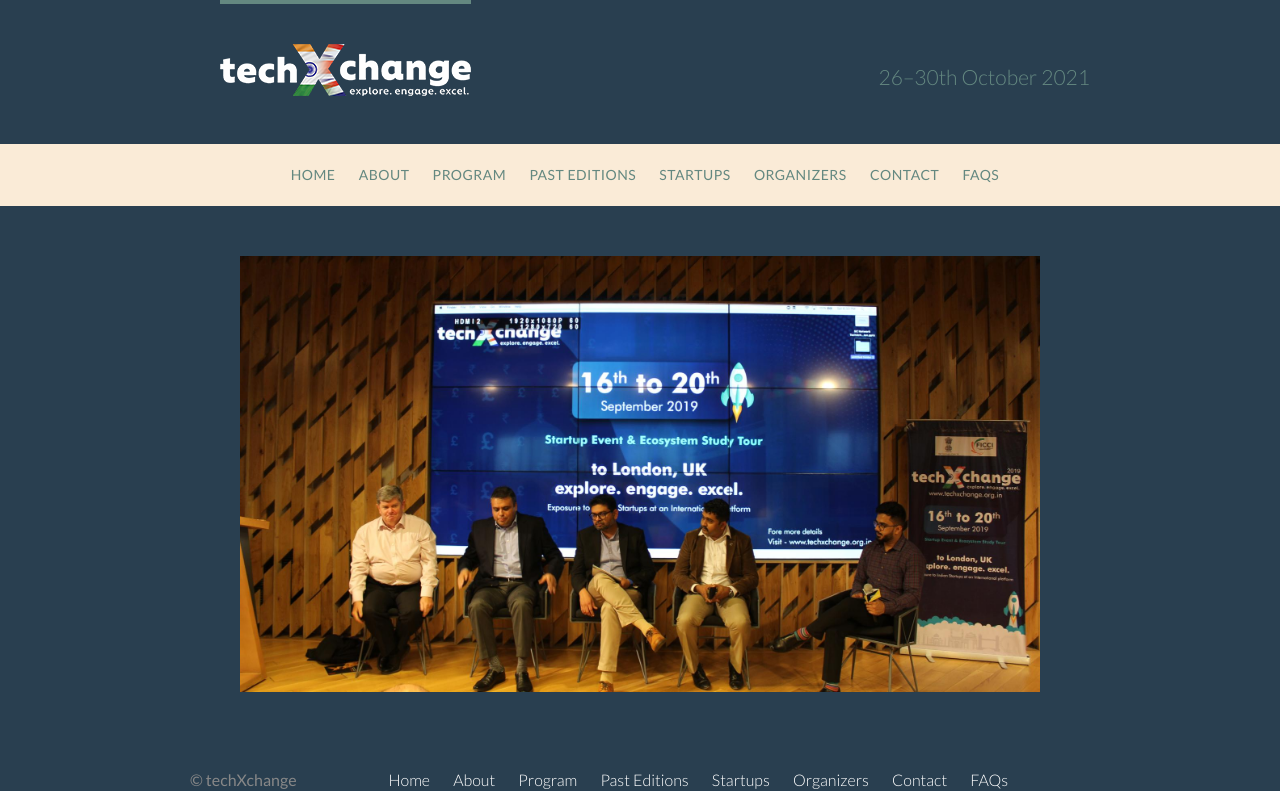
Repository: srush-shah/techXchange
Page: index.html
An editor plug-in stored every save of this project. The page is shown before and after a run of saves, followed by the edit.
The browser window is 1280 px wide. The pictures show the whole page.

Above is the page before, as saved 2021-07-16 04:37:46.

### index.html
<!DOCTYPE html>
<html lang="en">
  <head>
    <meta charset="utf-8" />
    <title>techXchange: A bridge for growth</title>
    <link rel="stylesheet" type="text/css" href="assets/stylesheets/main.css" />
    <link rel="preconnect" href="https://fonts.gstatic.com" />
    <link
      href="https://fonts.googleapis.com/css2?family=Lato:ital,wght@0,100;0,300;0,400;1,100;1,300;1,400&display=swap"
      rel="stylesheet"
    />
  </head>
  <body>
    <header class="primary-header container group">
      <section class="container">
        <h1 class="logo">
          <a href="index.html">
            <img
              src="assets/images/techxchange-logo.png"
              alt="techXchange logo"
            />
          </a>
        </h1>
      </section>
      <h3 class="tagline">26&ndash;30th October 2021</h3>
      <section>
        <a
          class="instagram"
          href="https://www.instagram.com/techxchange2020/"
          title="Instagram"
          target="_blank"
          ><span><i class="fab fa-instagram"></i></span
        ></a>
        <a
          class="facebook"
          href="https://www.facebook.com/Techxchange2020/"
          title="Follow us on Facebook"
          target="_blank"
          ><span><i class="fab fa-facebook"></i></span
        ></a>
        <a
          class="twitter"
          href="https://twitter.com/techXchange2020"
          title="Twitter"
          target="_blank"
          ><span><i class="fab fa-twitter"></i></span
        ></a>
        <a
          class="linkedin"
          href="https://www.linkedin.com/company/techxchange2020/"
          title="LinkedIn"
          target="_blank"
          ><span><i class="fab fa-linkedin"></i></span
        ></a>
      </section>
    </header>
    <nav class="nav primary-nav">
      <ul>
        <li><a href="index.html">Home</a></li>
        <!--
            -->
        <li><a href="#about">About</a></li>
        <!--
            -->
        <li><a href="#program">Program</a></li>
        <!--
            -->
        <li><a href="#past_edits">Past Editions</a></li>
        <!--
            -->
        <li><a href="startups.html">Startups</a></li>
        <!--
            -->
        <li><a href="#organizers">Organizers</a></li>
        <!--
            -->
        <li><a href="#contact">Contact</a></li>
        <!--
            -->
        <li><a href="#faqs">FAQs</a></li>
        <!--
            -->
      </ul>
    </nav>
    <!-- Slideshow container -->
    <div class="slideshow-container">
      <!-- Full-width images with number and caption text -->
      <div class="mySlides fade">
        <img src="assets/images/banner01.jpg" style="width: 100%" />
      </div>

      <div class="mySlides fade">
        <img
          src="assets/images/banner02.jpg"
          style="width: 100%; background-color: antiquewhite"
        />
      </div>

      <div class="mySlides fade">
        <img src="assets/images/banner03.jpg" style="width: 100%" />
      </div>
    </div>
    <br />
    <footer class="primary-footer container group">
      <small>&copy; techXchange</small>
      <nav class="nav">
        <ul>
          <li><a href="index.html">Home</a></li>
          <!--
              -->
          <li><a href="#about">About</a></li>
          <!--
              -->
          <li><a href="#program">Program</a></li>
          <!--
              -->
          <li><a href="#past_edits">Past Editions</a></li>
          <!--
              -->
          <li><a href="startups.html">Startups</a></li>
          <!--
              -->
          <li><a href="#organizers">Organizers</a></li>
          <!--
              -->
          <li><a href="#contact">Contact</a></li>
          <!--
              -->
          <li><a href="#faqs">FAQs</a></li>
          <!--
              -->
        </ul>
      </nav>
    </footer>
    <script src="assets/js/carousel.js"></script>
  </body>
</html>

### assets/stylesheets/main.css
x/* http://meyerweb.com/eric/tools/css/reset/ 2. v2.0 | 20110126
  License: none (public domain)
*/

html, body, div, span, applet, object, iframe,
h1, h2, h3, h4, h5, h6, p, blockquote, pre,
a, abbr, acronym, address, big, cite, code,
del, dfn, em, img, ins, kbd, q, s, samp,
small, strike, strong, sub, sup, tt, var,
b, u, i, center,
dl, dt, dd, ol, ul, li,
fieldset, form, label, legend,
table, caption, tbody, tfoot, thead, tr, th, td,
article, aside, canvas, details, embed,
figure, figcaption, footer, header, hgroup,
menu, nav, output, ruby, section, summary,
time, mark, audio, video {
  margin: 0;
  padding: 0;
  border: 0;
  font-size: 100%;
  font: inherit;
  vertical-align: baseline;
}
/* HTML5 display-role reset for older browsers */
article,
aside,
details,
figcaption,
figure,
footer,
header,
hgroup,
menu,
nav,
section {
  display: block;
}
body {
  line-height: 1;
}
ol,
ul {
  list-style: none;
}
blockquote,
q {
  quotes: none;
}
blockquote:before,
blockquote:after,
q:before,
q:after {
  content: "";
  content: none;
}
table {
  border-collapse: collapse;
  border-spacing: 0;
}

/*
  ========================================
  Custom styles
  ========================================
*/

body {
  background: #293f50;
  color: #888;
  font: 300 16px/22px "Lato", "Open Sans", "Helvetica Neue", Helvetica, Arial,
    sans-serif;
}

/*
  ========================================
  Grid
  ========================================
*/

*,
*:before,
*:after {
  -webkit-box-sizing: border-box;
  -moz-box-sizing: border-box;
  box-sizing: border-box;
}

.container {
  margin: 0 auto;
  padding-left: 30px;
  padding-right: 30px;
  width: 960px;
}

.col-1-3 {
  width: 33.33%;
}

.col-2-3 {
  width: 66.66%;
}

.col-1-3,
.col-2-3 {
  display: inline-block;
  vertical-align: top;
}

.grid,
.col-1-3,
.col-2-3 {
  padding-left: 15px;
  padding-right: 15px;
}

.container,
.grid {
  margin: 0 auto;
  width: 960px;
}

.container {
  padding-left: 30px;
  padding-right: 30px;
}

/*
  ========================================
  Clearfix
  ========================================
*/

.group:before,
.group:after {
  content: " ";
  display: table;
}

.group:after {
  clear: both;
}

.group {
  clear: both;
  *zoom: 1;
}

/*
  ========================================
  Rows
  ========================================
*/

.row,
.row-alt {
  min-width: 960px;
}
.row {
  background: #fff;
  padding: 66px 0 44px 0;
}
.row-alt {
  background: #cbe2c1;
  background: -webkit-linear-gradient(to right, #a1d3b0, #f6f1d3);
  background: -moz-linear-gradient(to right, #a1d3b0, #f6f1d3);
  background: linear-gradient(to right, #a1d3b0, #f6f1d3);
  padding: 44px 0 22px 0;
}

/*
  ========================================
  Typography
  ========================================
*/

h1,
h3,
h4,
h5,
p {
  margin-bottom: 22px;
}

h1,
h2,
h3,
h4 {
  color: #648880;
}

h1 {
  font-size: 36px;
  line-height: 44px;
}

h2 {
  font-size: 24px;
  line-height: 44px;
}

h3 {
  font-size: 21px;
}

h4 {
  font-size: 18px;
}

h5 {
  color: #a9b2b9;
  font-size: 14px;
  font-weight: 400;
  text-transform: uppercase;
}

strong {
  font-weight: 400;
}

cite,
em {
  font-style: italic;
}

/*
  ========================================
  Leads
  ========================================
*/

.lead {
  text-align: center;
}
.lead p {
  font-size: 21px;
  line-height: 33px;
}

/*
  ========================================
  Buttons
  ========================================
*/

.btn {
  border-radius: 5px;
  color: #fff;
  cursor: pointer;
  display: inline-block;
  font-weight: 400;
  letter-spacing: 0.5px;
  margin: 0;
  text-transform: uppercase;
}
.btn-alt {
  border: 1px solid #fff;
  padding: 10px 30px;
}
.btn-alt:hover {
  background: #fff;
  color: #648880;
}
.btn-default {
  border: 0;
  background: #648880;
  padding: 11px 30px;
  font-size: 14px;
}
.btn-default:hover {
  background: #77a198;
}

/*
  ========================================
  Home
  ========================================
*/

.hero {
  color: #fff;
  line-height: 44px;
  padding: 22px 80px 66px 80px;
  text-align: center;
}

.hero h2 {
  font-size: 36px;
}

.hero p {
  font-size: 24px;
  font-weight: 100;
}

.teaser a:hover h3 {
  color: #a9b2b9;
}
.teaser img {
  border-radius: 5px;
  display: block;
  margin-bottom: 22px;
  max-width: 100%;
}

/*
  ========================================
  Primary header
  ========================================
*/

.logo {
  border-top: 4px solid #648880;
  float: left;
  font-size: 48px;
  font-weight: 100;
  letter-spacing: 0.5px;
  line-height: 44px;
  padding: 40px 0 22px 0;
  text-transform: uppercase;
}

.tagline {
  margin: 66px 0 22px 0;
  text-align: right;
}

.primary-nav {
  font-size: 14px;
  font-weight: 400;
  letter-spacing: 0.5px;
  text-transform: uppercase;
  background-color: antiquewhite;
  padding: 20px;
}

/*
  ========================================
  Primary footer
  ========================================
*/
\ .primary-footer {
  color: #648880;
  font-size: 14px;
  padding-bottom: 44px;
  padding-top: 44px;
  background-color: rgb(150, 212, 212);
}

.primary-footer small {
  float: left;
  font-weight: 400;
}

/*
  ========================================
  Links
  ========================================
*/

a:hover {
  color: #a9b2b9;
}

a {
  color: #648880;
  text-decoration: none;
}

p a {
  border-bottom: 1px solid #dfe2e5;
}

.primary-header a,
.primary-footer a {
  color: #fff;
}

.primary-header a:hover,
.primary-footer a:hover {
  color: #648880;
}

/*
  ========================================
  Navigation
  ========================================
*/

.nav {
  text-align: center;
}
.nav li {
  display: inline-block;
  margin: 0 10px;
  vertical-align: top;
}
.nav li:last-child {
  margin-right: 0;
}

/*
  ========================================
  Carousel
  ========================================
*/

/* Slideshow container */
.slideshow-container {
  max-width: 800px;
  position: relative;
  margin: 50px auto;
}

/* Hide the images by default */
.mySlides {
  display: none;
}

/* Fading animation */
.fade {
  -webkit-animation-name: fade;
  -webkit-animation-duration: 5s;
  animation-name: fade;
  animation-duration: 5s;
}

@-webkit-keyframes fade {
  from {
    opacity: 0.4;
  }
  to {
    opacity: 1;
  }
}

@keyframes fade {
  from {
    opacity: 0.4;
  }
  to {
    opacity: 1;
  }
}

### assets/js/carousel.js
var slideIndex = 0;
showSlides();

function showSlides() {
  var i;
  var slides = document.getElementsByClassName("mySlides");
  for (i = 0; i < slides.length; i++) {
    slides[i].style.display = "none";
  }
  slideIndex++;
  if (slideIndex > slides.length) {
    slideIndex = 1;
  }
  slides[slideIndex - 1].style.display = "block";
  setTimeout(showSlides, 10000); // Change image every 10 seconds
}

After the next 2 saves:
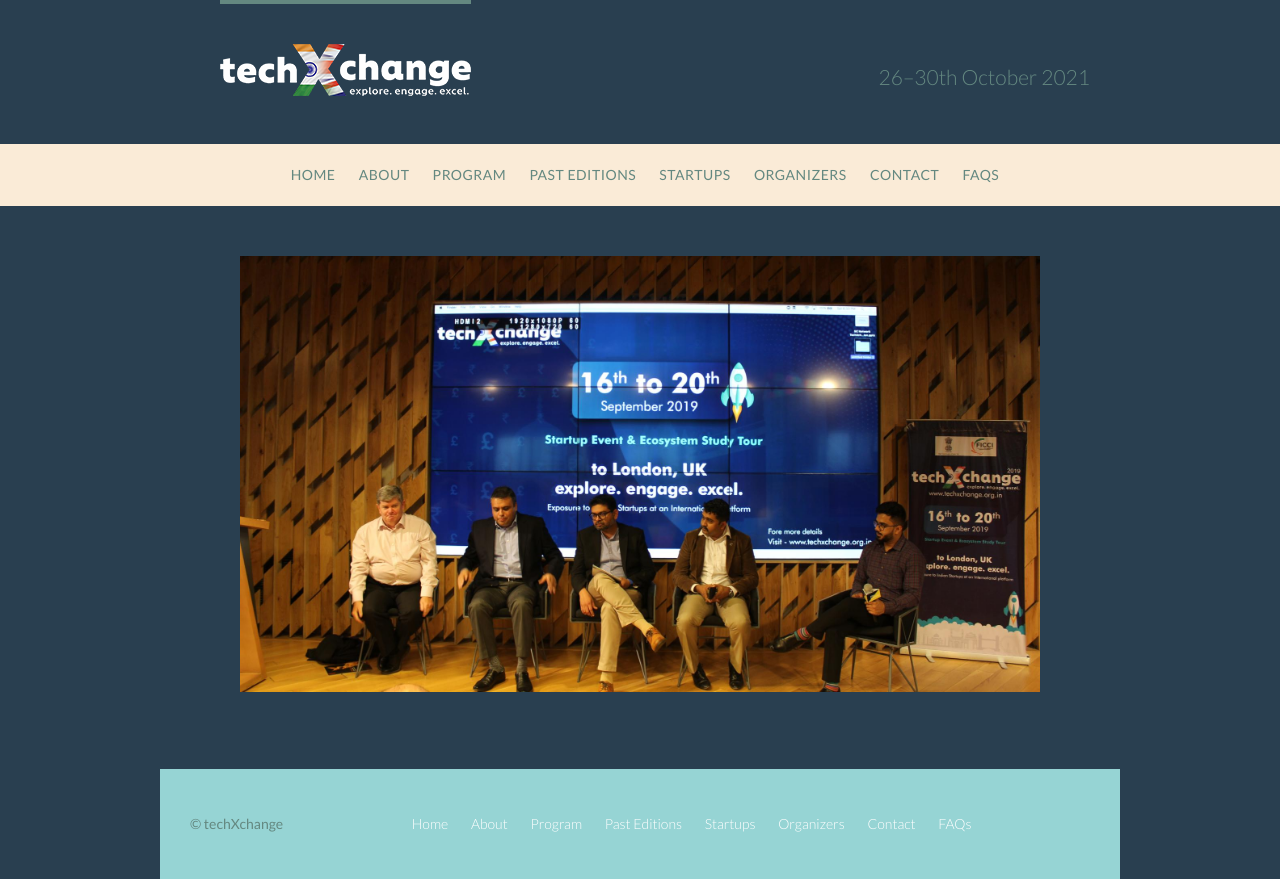
The 2 saves are shown as one change because they came seconds apart.
The last was saved 18 s later.
--- a/assets/stylesheets/main.css
+++ b/assets/stylesheets/main.css
@@ -339,7 +339,7 @@
   Primary footer
   ========================================
 */
-\ .primary-footer {
+.primary-footer {
   color: #648880;
   font-size: 14px;
   padding-bottom: 44px;
